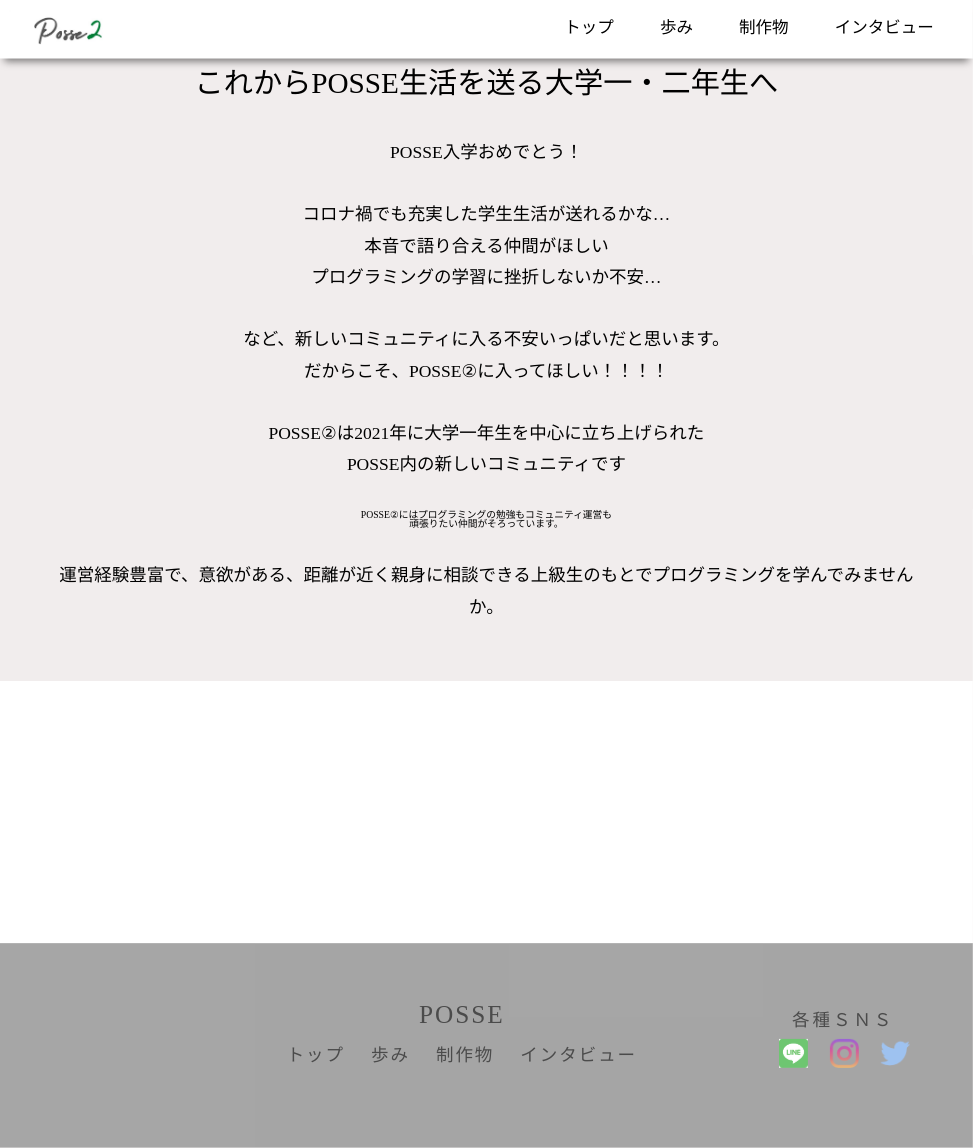
Repository: posse-ap/posse2-hackathon-202202-team2A
Page: topPage/index.html
These files come from the project's save history. The page is drawn as it stood at one moment and after a run of saves; the edit follows.
The browser window is 1280 px wide. The pictures show the whole page, at 76% of full size.

Above is the page before, as saved 2022-02-15 03:16:41.

### topPage/index.html
<!DOCTYPE html>
<html lang="en">

<head>
    <meta charset="UTF-8" />
    <meta http-equiv="X-UA-Compatible" content="IE=edge" />
    <meta name="viewport" content="width=device-width, initial-scale=1.0" />
    <title>Document</title>
    <link rel="stylesheet" href="/reset.css" />
    <link rel="stylesheet" href="/topPage/style.css" />
</head>

<body>
    <!-- <header id="header" class="header">
        <div class="header_content">
            <div class="header_title">
                <img src="/topPage images/S__31211608.jpg" alt="" class="header_title_img">
            </div>
            <div class="header_links">
                <ul>
                    <li><a href="">トップページ</a></li>
                    <li><a href="">活動記録</a></li>
                    <li><a href="">日常の記録</a></li>
                    <li><a href="">保護者の方へ</a></li>
                </ul>
            </div>
        </div>
    </header> -->

    <header id="header" class="header">
        <div class="header_content">
            <div class="header_title">
                <img src="/topPage images/S__31211608.jpg" alt="" class="header_title_img">
            </div>
            <!-- ①サイトタイトル -->
            <div class="nav-wrapper header_links">
                <!-- ②ナビゲーションメニュー -->
                <nav class="header-nav">
                    <ul class="nav-list">
                        <li class="nav-item">
                            <a href="">トップ</a>
                        </li>
                        <li class="nav-item">
                            <a href="">歩み</a>
                        </li>
                        <li class="nav-item">
                            <a href="">制作物</a>
                        </li>
                        <li class="nav-item">
                            <a href="">インタビュー</a>
                        </li>
                    </ul>
                </nav>
            </div>
            <button class="burger-btn">
                <!-- ③ハンバーガーボタン -->
                <span class="bar bar_top"></span>
                <span class="bar bar_mid"></span>
                <span class="bar bar_bottom"></span>
            </button>
        </div>
    </header>

    <section class="section">
        <div>
            <h2>これからPOSSE生活を送る大学一・二年生へ</h2>
        <p>POSSE入学おめでとう！</p>
        <p>コロナ禍でも充実した学生生活が送れるかな…<br>
            本音で語り合える仲間がほしい<br>
            プログラミングの学習に挫折しないか不安…<br>
            </p>
        <p>など、新しいコミュニティに入る不安いっぱいだと思います。<br>
            だからこそ、POSSE②に入ってほしい！！！！
            </p>
        <p>POSSE②は2021年に大学一年生を中心に立ち上げられた<br>POSSE内の新しいコミュニティです</p>
            POSSE②にはプログラミングの勉強もコミュニティ運営も<br>頑張りたい仲間がそろっています。
        </p>
        <p>
            運営経験豊富で、意欲がある、距離が近く親身に相談できる上級生のもとでプログラミングを学んでみませんか。
        </p>
        </div>
    </section>



    <footer class="footer">
        <div class='footer_box'>
            <div class="footer_box1">
                <div class='footer_official_box'>
                    <label for="logo"><p>POSSE</p></label>
                    <!-- <a id='logo'  href="https://posse.anti-pattern.co.jp/"><img class='posse_logo_footer' src="img\posseLogo.png" alt="ポッセロゴ"></a> -->
                </div>
                <div class='footer_other_box'>
                    <div class='footer_page_in_site'>
                        <a href="">トップ</a>
                        <a href="">歩み</a>
                        <a href="">制作物</a>
                        <a href="">インタビュー</a>
                    </div>
                </div>
            </div>
            <div class='SNS'>
                <p>各種ＳＮＳ</p>
                <div class='SNS_box'>
                    <a href=""><img src="/topPage images/LINE.png" alt=""></a>
                    <a href="https://instagram.com/posse_programming?utm_medium=copy_link"><img src="/topPage images/instagram2.png" alt="instagram"></a>
                    <a href="https://twitter.com/posse_program?s=20"><img src="/topPage images/twitter2.png" alt="twitter"></a>
                </div>
            </div>
        </div>
    </footer>

    <script src="https://ajax.googleapis.com/ajax/libs/jquery/3.6.0/jquery.min.js"></script>
    <script src="/topPage/script.js"></script>
</body>

</html>

### topPage/style.css
html {
    font-size: 1vw;
}

body {
    text-align: center;
    margin: 0 auto;
    font-family: "ヒラギノ丸ゴ Pro W4", "ヒラギノ丸ゴ Pro", "Hiragino Maru Gothic Pro", "ヒラギノ角ゴ Pro W3", "Hiragino Kaku Gothic Pro", "HG丸ｺﾞｼｯｸM-PRO", "HGMaruGothicMPRO";
}

.header_content {
    width: 95%;
    height: 90%;
    display: flex;
    justify-content: space-between;
    opacity: 1;
    margin: 0 6rem 0.3rem 1rem;
}

.header_title {
    display: flex;
}

.header_title_img {
    display: block;
    width: 12rem;
    height: 4rem;
    opacity: 1;
}



.header_links {
    width: 40%;
    padding: 1rem 0 0 0;
}

.header_links ul {
    display: flex;
    justify-content: space-between;
}

.header_links li a {
    display: block;
    color: black;
    text-decoration: none;
    font-size: 1.7rem;
}

.header_links li a:hover {
    opacity: 0.4;
    transform: translate(0, -5px);
}


.header {
    width: 100%;
    height: 6rem;
    background: white;
    position: fixed;
    top: 0;
    left: 0;
    padding-top: 1.1rem;
    box-sizing: border-box;
    z-index: 5;
    box-shadow: 0px 10px 10px -5px rgba(0, 0, 0, 0.5);
}

.SNS_box{
    width: 150%;
}


/* -------------------- */
/* header
  /* -------------------- */
/* .header {
    align-items: center;
    background-color: #1b1310;
    border-bottom: 1px solid #fff;
    color: #fff;
    display: flex;
    height: 74px;
    justify-content: space-between;
    padding: 0 120px;
} */

/* .nav-list {

    display: flex;
} */

/* .nav-item {

    margin-right: 55px;
} */

.burger-btn {
    display: none;
}

/* ------------------ */
/* fv
  /* ------------------ */
.fv {
    align-items: center;
    background-color: #141414;
    background-image: url(../img/fv-bgi@2x.jpg);
    background-position: center;
    background-size: cover;
    display: flex;
    flex-direction: column;
    height: 90vh;
    justify-content: center;
}

/* .main-copy {
    border: 2px solid #fff;
    color: #fff;
    font-size: 50px;
    font-weight: bold;
    padding: 34px 42px;
} */

/* ------------------ */
/* about
  /* ------------------ */
.section-title {
    font-size: 36px;
    font-weight: bold;
    letter-spacing: .05em;
    margin-bottom: 70px;
    text-align: center;
}

h3 {
    font-size: 2.4rem;
    font-weight: bold;
    letter-spacing: .1em;
    line-height: 2;
    margin-bottom: 40px;
}

.section-wrapper {
    padding: 100px 10% 50px;
}

@media screen and (min-width:541px) and (max-width:1024px) {
    .header{
        height: 10rem;
    }

    .header_content{
        padding-top: 2rem;
    }

    .header_title_img{
        width: 100%;
        height: 70%;
    }

    .header_links li a{
        font-size: 2.7rem;
        margin-top: 0;
    }

    .header_links{
        width: 50%;
    }
}

@media screen and (max-width:540px) {

    /* ----------------------- */
    /* base_sp
    /* ----------------------- */
    /* デフォルトのbuttonスタイルをリセット */
    button {
        -webkit-appearance: none;
        -moz-appearance: none;
        appearance: none;
        background: transparent;
        border: 0;
        border-radius: 0;
        color: inherit;
        cursor: pointer;
        font: inherit;
        margin: 0;
        outline: none;
        padding: 0;
        vertical-align: middle;
    }

    /* ------------------ */
    /* humberger-menu */
    /* ------------------ */
    .header {
        padding: 0;
        height: 15rem;
    }

    .header_title_img{
        margin-top: 2rem;
        width: 30rem;
        height: 10rem;
    }

    /* 以下、ハンバーガーボタン */
    .burger-btn {
        display: block;
        height: 22%;
        position: relative;
        width: 20%;
        z-index: 3;
        /* codepenの挙動のため */
        background-color: transparent;
        border: none;
        margin-top: 6rem;
    }



    .bar {
        background-color: black;
        display: block;
        height: 0.1rem;
        left: 50%;
        position: absolute;
        transform: translateX(-50%);
        width: 7rem;
    }

    .bar_top {
        top: 3rem;
    }

    .bar_mid {
        top: 50%;
        transform: translate(-50%, -50%);
    }

    .bar_bottom {
        bottom: 3rem;
    }

    .burger-btn.close{
        margin-top: 8.4rem;
    }

    .burger-btn.close .bar_top {
        transform: translate(-50%,-4.3rem) rotate(45deg);
        transition: transform .3s;
    }

    .burger-btn.close .bar_mid {
        opacity: 0;
        transition: opacity .3s;
    }

    .burger-btn.close .bar_bottom {
        transform: translate(-50%, -1rem) rotate(-45deg);
        transition: transform .3s;
    }

    /* スクロール制御 */
    .noscroll {
        overflow: hidden;
    }

    /* 以下、ハンバーガーメニュー */
    .nav-wrapper {
        visibility: hidden;
        height: 100vh;
        left: 0;
        position: fixed;
        top: 0;
        width: 100vw;
        opacity: 0;
        transition: opacity .5s;
        z-index: 2;
        /*キービジュアルと.btn_triggerとの重なりの前後関係を調整*/
    }

    .header-nav {
        background-color: white;
        height: 100%;
        width: 100%;
        z-index: 2;
    }

    .header_links ul{
        display: block;
    }

    .nav-list {
        display: block;
        left: 50%;
        position: absolute;
        text-align: center;
        top: 50%;
        transform: translate(-50%, -50%);
    }

    .nav-item {
        margin-bottom: 40px;
        margin-right: 0;
    }

    .header_links li a{
        font-size: 5rem;
    }

    /* メニューオープン時 */
    .nav-wrapper.fade {
        opacity: 1;
        visibility: visible;
    }

    /* ------------------ */
    /* fv */
    /* ------------------ */
    .main-copy {
        font-size: 30px;
    }

    /* ------------------ */
    /* about */
    /* ------------------ */
    h3 {
        font-size: 20px;
        margin-bottom: 30px;
    }

    .section-wrapper {
        padding: 100px 5% 50px;
    }
}

/* ふったー */
.footer {
    background-color: grey;
    opacity: 0.7;
}

.footer_box {
    width: 65%;
    height: 15rem;
    display: flex;
    justify-content: space-around;
    padding: 6rem 0 0 0;
    position: relative;
    right: -23%;
    margin-top: 27rem;
}

.footer_official_box label p {
    color: black;
    font-size: 2.6rem;
    letter-spacing: 0.2rem;
}

.footer_official_box label p:hover {
    opacity: 0.4;
    transform: translate(0, -5px);
}

.footer_page_in_site a {
    color: black;
    text-decoration: none;
    font-size: 1.8rem;
    letter-spacing: 0.2rem;
}

.footer_page_in_site a:hover {
    opacity: 0.4;
    transform: translate(0, -5px);
}

.SNS {
    width: 14%;
}

.SNS_box a {
    margin: 1rem;
}

.SNS_box a img {
    width: 3rem;
    height: 3rem;
}

.SNS_box a :hover {
    opacity: 0.4;
    transform: translate(0, -5px);
}

.SNS p {
    color: black;
    font-size: 1.8rem;
    margin: 1rem 0;
    margin-left: 6rem;
    letter-spacing: 0.3rem;
    white-space: nowrap;
}

/* .SNS p:hover {
    opacity: 0.4;
    transform: translate(0, -5px);
} */

.posse_logo_footer {
    width: 80%;
    height: 40%;
}

.footer_other_box {
    font-size: 1.5rem;
    letter-spacing: 0.3rem;
    margin: 2rem;
}

.footer_page_in_site a {
    margin: 0 1rem;
}

.SNS_box{width: 250%;}

@media screen and (min-width:541px) and (max-width:1024px) {
    .footer{
        height: 30rem;
    }

    .footer_official_box label p{
        font-size: 7rem;
    }

    .SNS p{
        display: block;
        margin-left: 0;
        margin: 3rem auto;
        font-size: 3rem;
        white-space: nowrap;
    }

    .footer_page_in_site a{
        font-size: 3rem;
    }

    .footer_box{
        width: 75%;
        display: block;
        right: -13%;
    }

    .SNS{
        margin: 0 auto;
        width: 100%;
    }

    .SNS_box{
        width: 100%;
    }


    .footer_official_box label p{
        font-size: 4rem;
    }

    .SNS_box a img {
        width: 5rem;
        height: 5rem;
    }
}


@media screen and (max-width:540px) {
    .footer_box {
        display: block;
        height: 20rem;
        margin:  20rem 0;
        right: -5%;
        width: 90%;
    }

    .footer_official_box label p{
        font-size: 10rem;
    }

    .footer_page_in_site a{
        font-size: 5rem;
        display: block;
    }

    .footer_page_in_site{
        display: block;
        line-height: 7rem;
    }

    .footer{
        height: 70rem;
    }

    .SNS{
        margin: 0 auto;
        width: 100%;
    }

    .SNS p{
        margin-left: 0;
        display: block;
        width: 50rem;
        margin: 3rem auto;
        font-size: 7rem;
        white-space: nowrap
    }

    .SNS_box{
        width: 100%;
    }

    .SNS_box a img {
        width: 7rem;
        height: 7rem;
    }
}

.section div {
    background-color: rgb(241, 237, 237);
    padding: 3rem;
}

.section div h2 {
    font-size: 3rem;
    margin: 4rem;
}

.section div p {
    font-size: 1.8rem;
    margin: 3rem;
    line-height: 3.3rem;
}

.section2 {
    padding: 7rem 0;
}

.highlight {
    background: linear-gradient(transparent 50%, #f6ff5f 80%);
}

### topPage/script.js
$('.burger-btn').on('click', function () {//.btn_triggerをクリックすると
    $('.burger-btn').toggleClass('close');//.btn_triggerにcloseクラスを付与(ボタンのアニメーション)
    $('.nav-wrapper').toggleClass('fade');//.nav-wrapperに
    $('body').toggleClass('noscroll');//bodyにnoscrollクラスを付与(スクロールを固定)
});

Loaded but not shown: reset.css (common file)

After the next 4 saves:
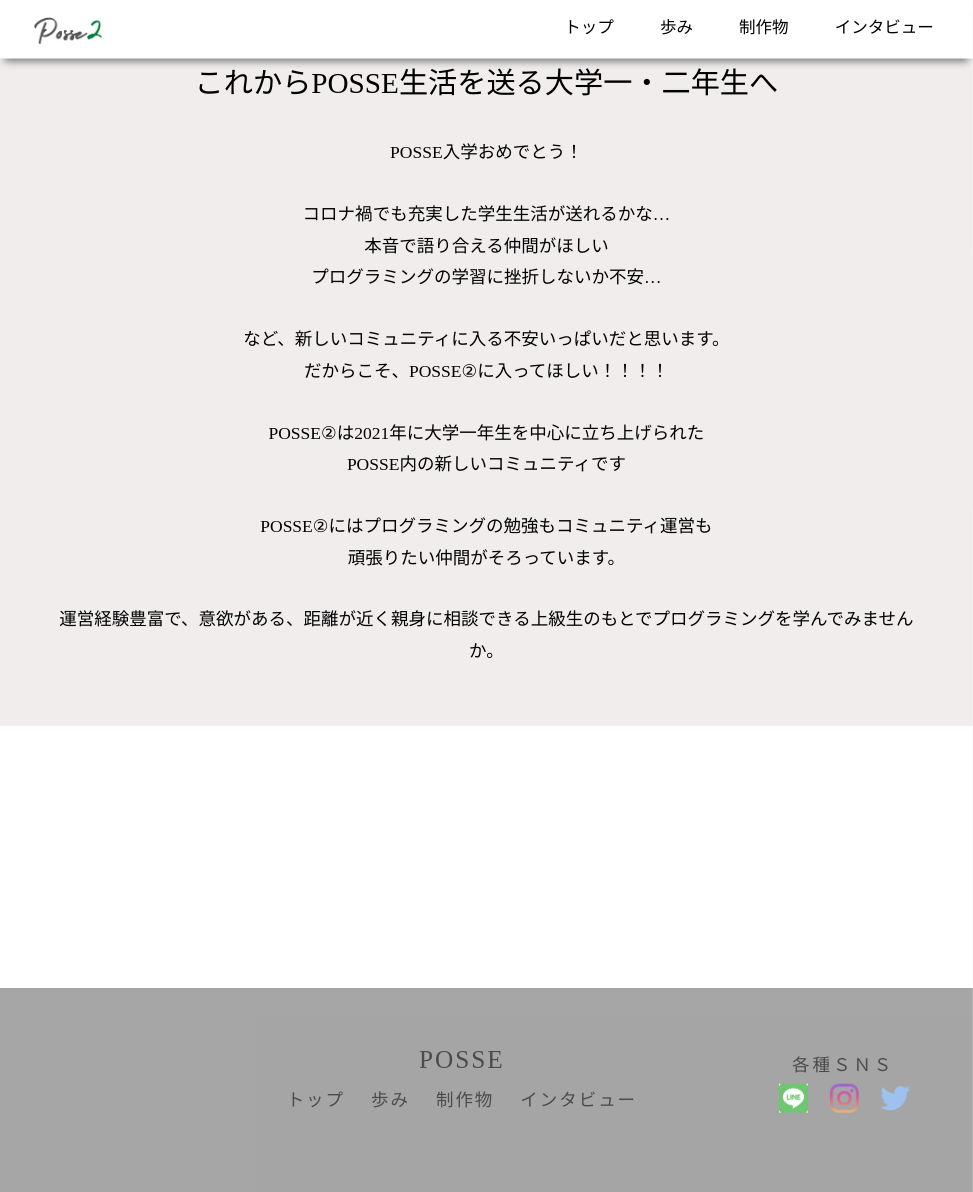
The 4 saves are shown as one change because they came seconds apart.
The last was saved 12 s later.
--- a/topPage/index.html
+++ b/topPage/index.html
@@ -73,8 +73,7 @@
             だからこそ、POSSE②に入ってほしい！！！！
             </p>
         <p>POSSE②は2021年に大学一年生を中心に立ち上げられた<br>POSSE内の新しいコミュニティです</p>
-            POSSE②にはプログラミングの勉強もコミュニティ運営も<br>頑張りたい仲間がそろっています。
-        </p>
+        <p> POSSE②にはプログラミングの勉強もコミュニティ運営も<br>頑張りたい仲間がそろっています。</p>
         <p>
             運営経験豊富で、意欲がある、距離が近く親身に相談できる上級生のもとでプログラミングを学んでみませんか。
         </p>
